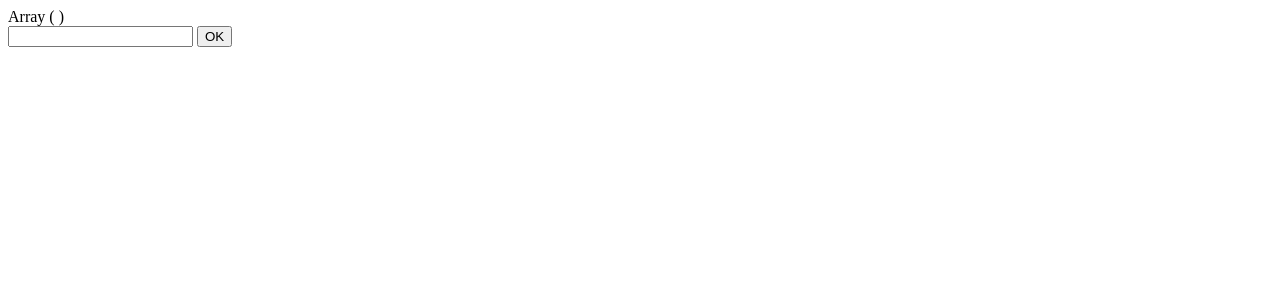
Repository: HuynhDuc23/PHPstudyonclass
Page: http://localhost/phpmailer/PHP_study/operator.php
The author's editor kept a copy of each file at every save. The page is drawn from the files as they stood at one save, then again after the next save.
The browser window is 1280 px wide. The pictures show the whole page.
The page is run by PHP 8.4 with error messages shown; the project is at /var/www/html/.

Above is the page before, as saved 2023-04-18 10:33:31.

### PHP_study/operator.php

<?php
// require 'var1.php';
//     $str1 = "Dai Hoc";
//     $str2 = " Su Pham";
//     echo $str1;
//     echo $color ;
//     echo '<br>';
//     echo $str2 ;
//     echo $fruit ;
    // $str3 = $str1." ".$str2 ;
    // $x = "15" + 27 ;
    // $x = "15" + 27 ;
    // $x+=3 ;
    // $x = $x >> 2 ;
    // $y = 30 ;
    // $mga = $x > $y ? "$x > $y" : "$y > $x";
    // echo $mga ;
    // echo "<br>";
    // echo $str3 ;
    print_r($_GET);

?>
<html lang="en">
<head>
    <meta charset="UTF-8">
    <meta http-equiv="X-UA-Compatible" content="IE=edge">
    <meta name="viewport" content="width=device-width, initial-scale=1.0">
    <title>Document</title>
</head>
<body>
    <form action="">
        <label for="getinformatin">
            <input type="text" name="" id="getinformatin">
            <input type="submit" value="OK" >
        </label>
    </form>
</body>
</html>

After the next save:
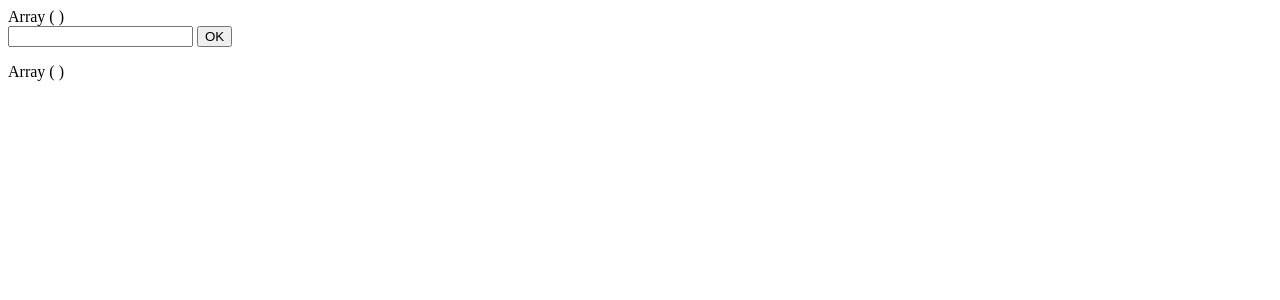
Saved 37 s later.
--- a/PHP_study/operator.php
+++ b/PHP_study/operator.php
@@ -35,5 +35,9 @@
             <input type="submit" value="OK" >
         </label>
     </form>
+    <?php
+    print_r($_GET);
+    ?>
+
 </body>
 </html>
